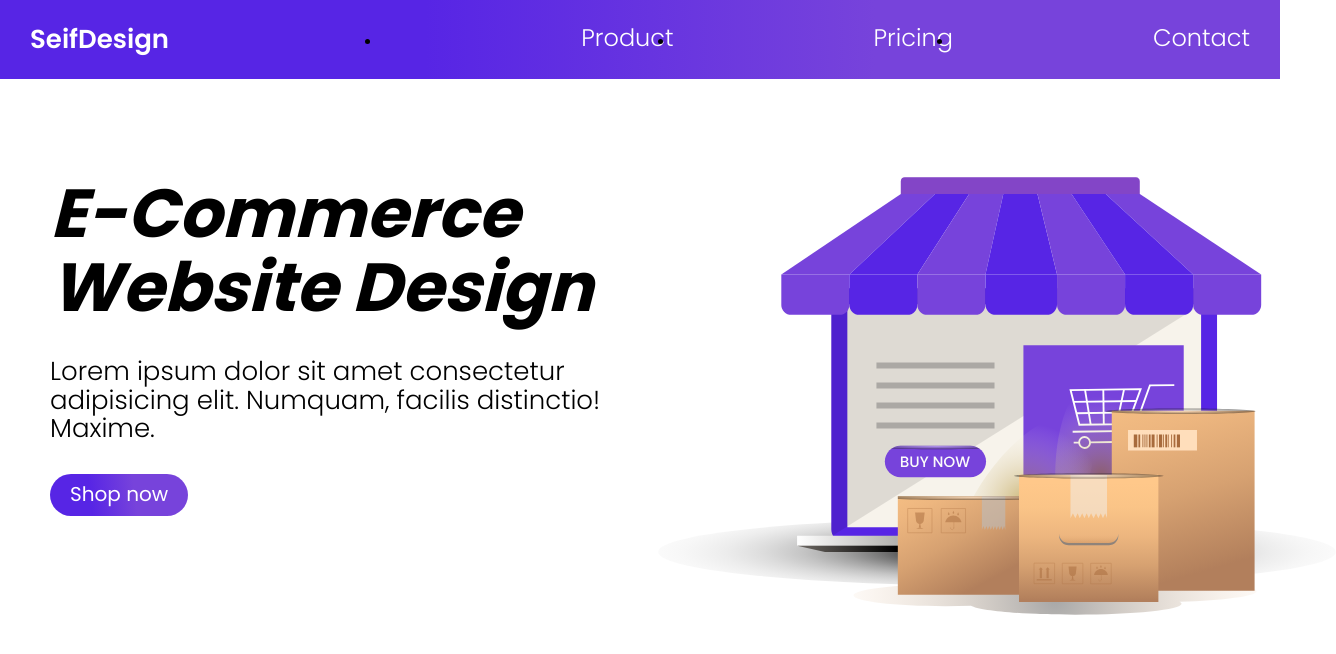
Repository: MehdiKerimov/figma-task-19
Page: pages/homePage/index.html
An editor plug-in stored every save of this project. The page is shown before and after the next save, followed by the edit.
The browser window is 1280 px wide. The page is 1336 px wide, so the pictures cover 1336 px, including what lies to the right of the window. The pictures show the whole page.
The style sheet was rebuilt from its Sass, Less or Tailwind sources for each picture, by a compiler version that may differ from the author's.

Above is the page before, as saved 2024-01-20 15:45:15.

After the next save:
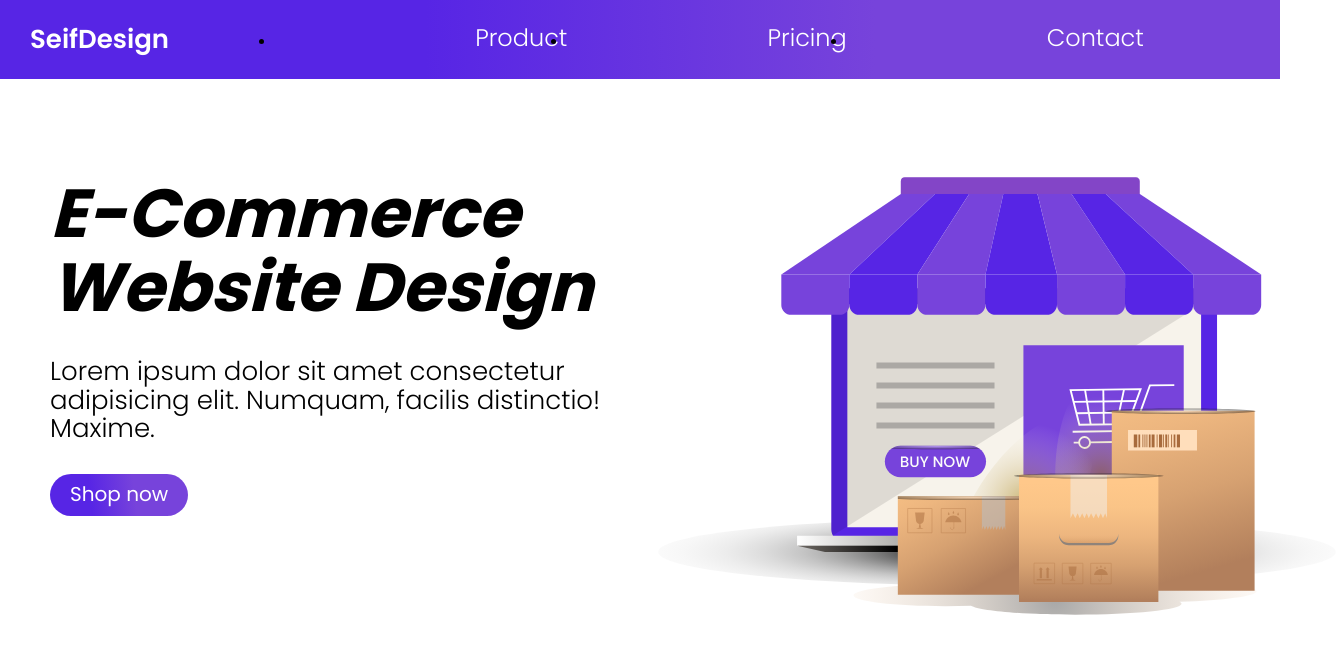
Saved 49 s later.
--- a/pages/homePage/index.html
+++ b/pages/homePage/index.html
@@ -31,6 +31,10 @@
             <rect y="25.5" width="37" height="3" rx="1.5" fill="#D9D9D9"/>
           </svg>
         </button>
+
+        <button>
+
+        </button>
       </nav>
       <div class="menu-list">
         <a href="#">Product</a>
